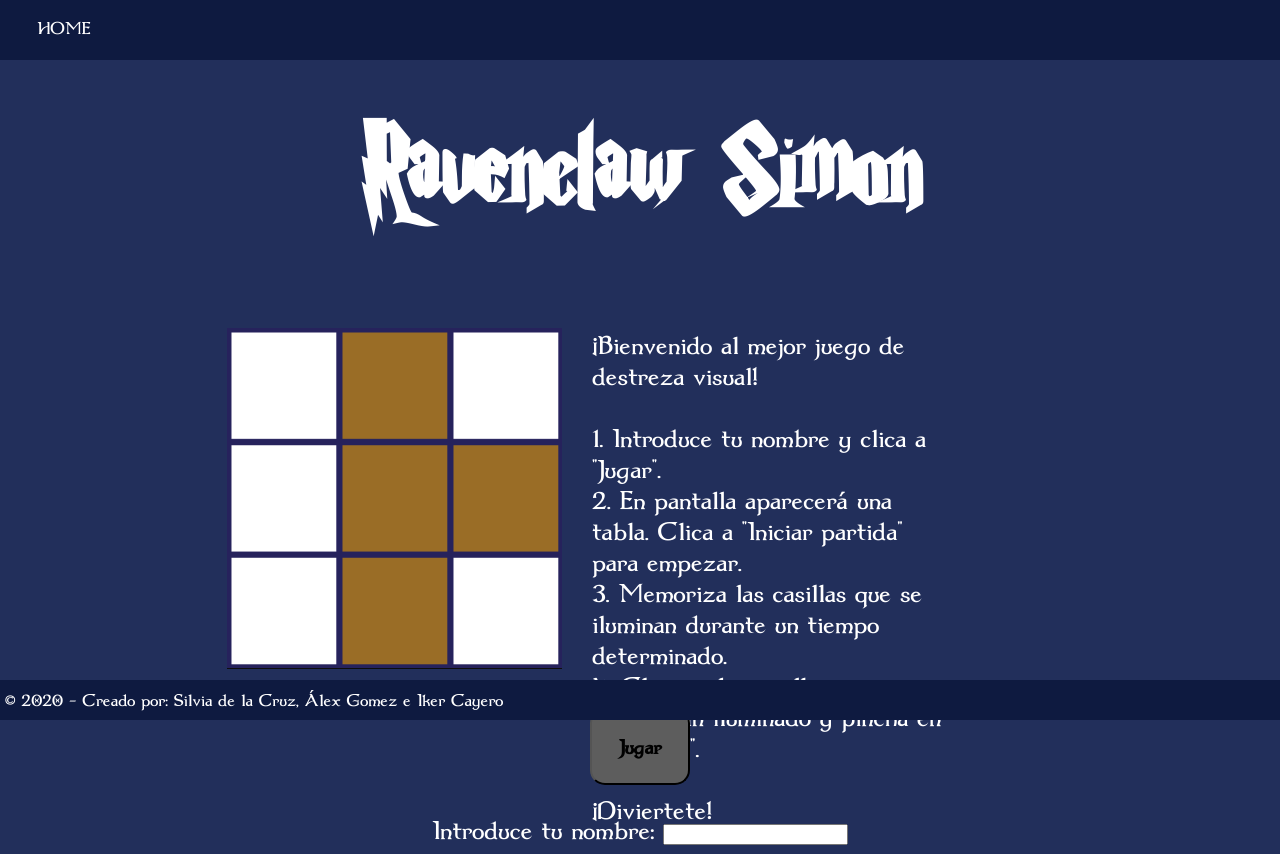
Repository: alexgomezdev/RavenclawSimon
Page: http://localhost/
The author's editor kept a copy of each file at every save. The page is drawn from the files as they stood at one save, then again after the next save.
The browser window is 1280 px wide. The pictures show the whole page.
The page is run by PHP 8.4 with error messages shown; the project is at /var/www/html/.

Above is the page before, as saved 2020-10-23 18:51:27.

### index.php
<!DOCTYPE html>
<html>
<head>
    <meta charset="UTF-8">
    <title>Ravenclaw Simon</title>
    <link rel="stylesheet" href="templates/index.css">
</head>
<body>
    <header>
        <div id="home_link_div">
            <a href="index.php" id="home_link">HOME</a>
        </div>
    </header>
    <main>
        <div id="title">
            <h1>Ravenclaw Simon</h1>
        </div>
        <div class="container">
            <div id="img">
                <img src="templates\assets\home_img.png" alt="Simon Game">
            </div>
            <div id="manual">
                <p id="manual_paragraph">
                    ¡Bienvenido al mejor juego de destreza visual!
                    <br>
                    <br>
                    1. Introduce tu nombre y clica a "Jugar".
                    <br>
                    2. En pantalla aparecerá una tabla. Clica a "Iniciar partida" para empezar.
                    <br>
                    3. Memoriza las casillas que se iluminan durante un tiempo determinado.
                    <br>
                    4. Clica en las casillas que creas que se han iluminado y pincha en "Resolver".
                    <br>
                    <br>
                    ¡Diviertete!
                </p>
            </div>
        </div>
        <div id="button_div">
            <button id="button_play"><h3>Jugar</h3></button>
        </div>
        <div id="name_introduction">
            <form action="">
                <label for="">Introduce tu nombre: </label><input type="text">
            </form>
        </div>
    </main>
    <footer>
        <div id="footer_content">
            &#0169 2020 - Creado por: Silvia de la Cruz, Álex Gomez e Iker Cayero
        </div>
    </footer>
</body>
</html>

### templates/index.css
@font-face {
  font-family: "Harry_Potter";
  src: url("../templates/typography/HARRYP.TTF") format("truetype");
}

@font-face {
  font-family: "Dumbledore";
  src: url("../templates/typography/dumbledor.1.ttf") format("truetype");
}

body {
  font-family: "Dumbledore";
  background-color: #222f5b;
}

header {
  background-color: #0e1a40;
  top: 0;
  left: 0;
  position: absolute;
  width: 100%;
  height: 60px;
  display: inline;
}

#home_link_div {
  text-align: center;
  width: 10%;
  height: 90%;
}

#home_link {
  display: flex;
  justify-content: center;
  align-items: center;
  color: #ffffff;
  font-size: 20px;
  text-decoration: none;
  height: 60%;
  margin-top: 9%;
  margin-bottom: 10%;
}

#title {
  color: #ffffff;
  font-family: "Harry_Potter";
  font-size: 60px;
  width: 100%;
  text-align: center;
  margin-top: 120px;
}

main {
  width: 100%;
}

.container {
  display: flex;
  margin-top: 5%;
  margin-right: 15%;
  margin-left: 15%;
  margin-bottom: 3%;
  width: 60%;
  height: 350px;
}

#img {
  padding-top: 1%;
  text-align: right;
  width: 48%;
  height: 100%;
  margin-right: 2%;
}

#manual {
  color: #ffffff;
  width: 48%;
  height: 100%;
  margin-left: 2%;
  font-size: 30px;
}

#manual_paragraph {
  margin-bottom: 0px;
  margin-top: 10px;
}

#button_div {
  text-align: center;
  width: 100%;
  margin-bottom: 30px;
}

#button_play {
  border-radius: 15px;
  background-color: #5d5d5d;
  font-family: "Dumbledore";
  font-size: 20px;
  width: 100px;
  height: 100%;
}

#name_introduction {
  font-size: 30px;
  text-align: center;
  width: 100%;
  color: #ffffff;
}

footer {
  color: #ffffff;
  background-color: #0e1a40;
  bottom: 0;
  left: 0;
  position: absolute;
  width: 100%;
  height: 30px;
  display: flex;
  padding-top: 10px;
}

#footer_content {
  margin-left: 5px;
  color: #ffffff;
  font-size: 20px;
  vertical-align: center;
  height: 60%;
}

After the next save:
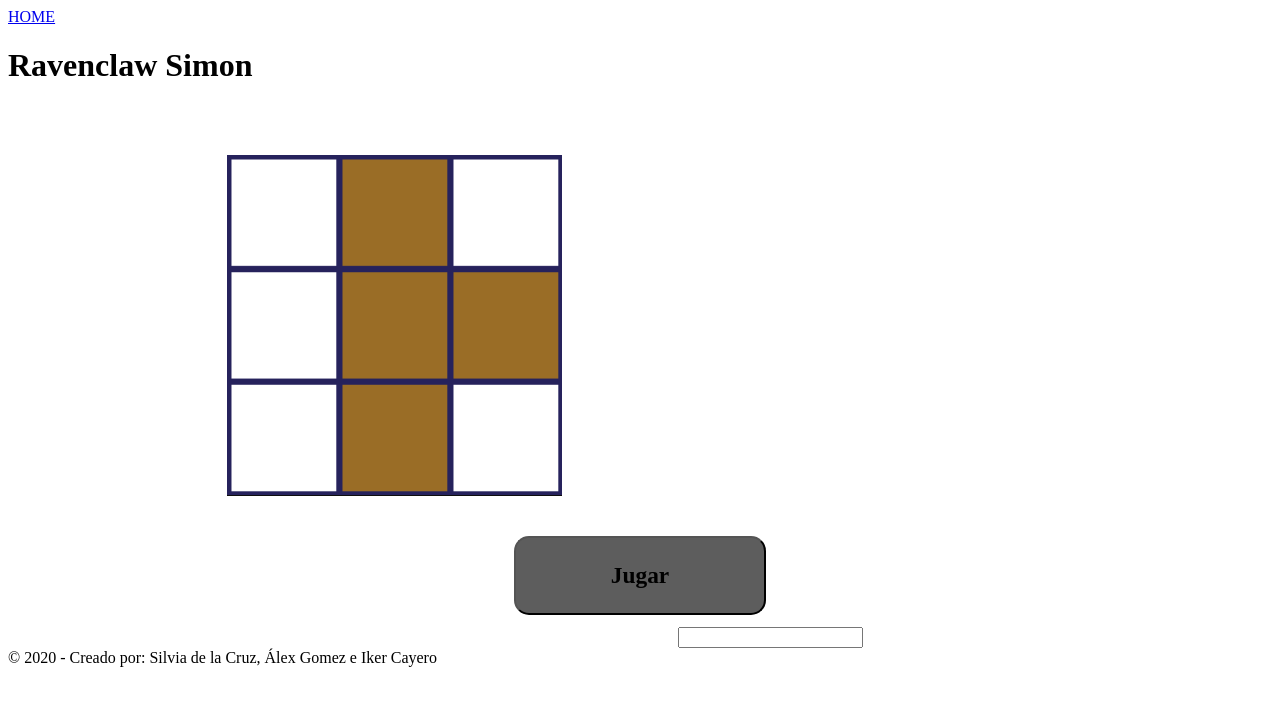
Saved 4 h 20 min later.
--- a/templates/index.css
+++ b/templates/index.css
@@ -1,59 +1,3 @@
-@font-face {
-  font-family: "Harry_Potter";
-  src: url("../templates/typography/HARRYP.TTF") format("truetype");
-}
-
-@font-face {
-  font-family: "Dumbledore";
-  src: url("../templates/typography/dumbledor.1.ttf") format("truetype");
-}
-
-body {
-  font-family: "Dumbledore";
-  background-color: #222f5b;
-}
-
-header {
-  background-color: #0e1a40;
-  top: 0;
-  left: 0;
-  position: absolute;
-  width: 100%;
-  height: 60px;
-  display: inline;
-}
-
-#home_link_div {
-  text-align: center;
-  width: 10%;
-  height: 90%;
-}
-
-#home_link {
-  display: flex;
-  justify-content: center;
-  align-items: center;
-  color: #ffffff;
-  font-size: 20px;
-  text-decoration: none;
-  height: 60%;
-  margin-top: 9%;
-  margin-bottom: 10%;
-}
-
-#title {
-  color: #ffffff;
-  font-family: "Harry_Potter";
-  font-size: 60px;
-  width: 100%;
-  text-align: center;
-  margin-top: 120px;
-}
-
-main {
-  width: 100%;
-}
-
 .container {
   display: flex;
   margin-top: 5%;
@@ -86,9 +30,9 @@
 }
 
 #button_div {
+  margin-top: 20px;
   text-align: center;
   width: 100%;
-  margin-bottom: 30px;
 }
 
 #button_play {
@@ -96,8 +40,13 @@
   background-color: #5d5d5d;
   font-family: "Dumbledore";
   font-size: 20px;
-  width: 100px;
+  width: 20%;
   height: 100%;
+}
+
+#button_play:hover {
+  color: #5d5d5d;
+  background-color: #ffffff;
 }
 
 #name_introduction {
@@ -107,22 +56,8 @@
   color: #ffffff;
 }
 
-footer {
-  color: #ffffff;
-  background-color: #0e1a40;
-  bottom: 0;
-  left: 0;
-  position: absolute;
-  width: 100%;
-  height: 30px;
-  display: flex;
-  padding-top: 10px;
+#username {
+  height: 25px;
+  font-family: "Dumbledore";
+  font-size: 20px;
 }
-
-#footer_content {
-  margin-left: 5px;
-  color: #ffffff;
-  font-size: 20px;
-  vertical-align: center;
-  height: 60%;
-}
